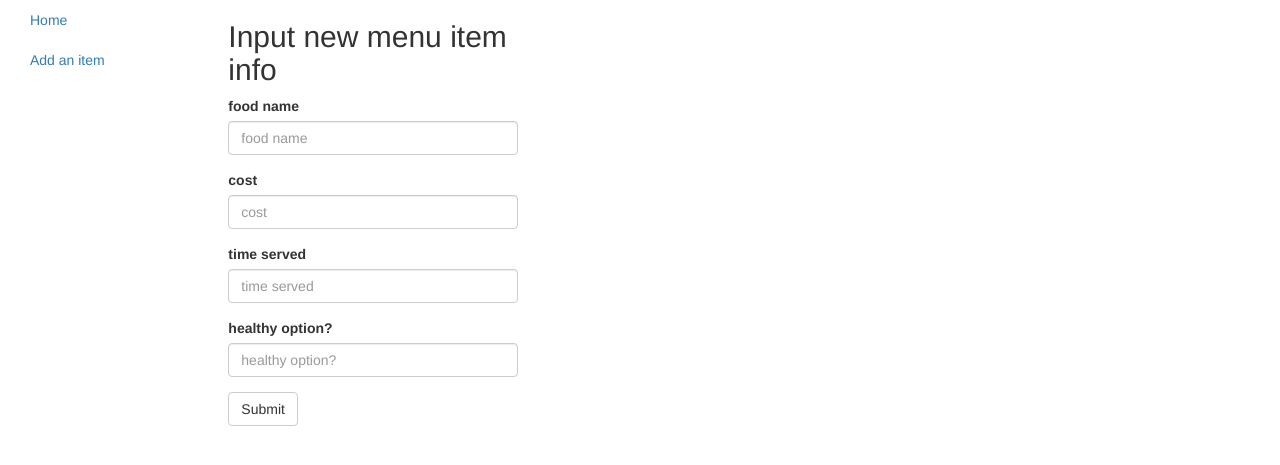
Repository: johnsuchocki/week5proj
Page: menuDB/src/main/webapp/add.html
These files come from the project's save history. The page is drawn as it stood at one moment and after the next save; the edit follows.
The browser window is 1280 px wide. The pictures show the whole page.

Above is the page before, as saved 2016-09-01 19:48:51.

After the next save:
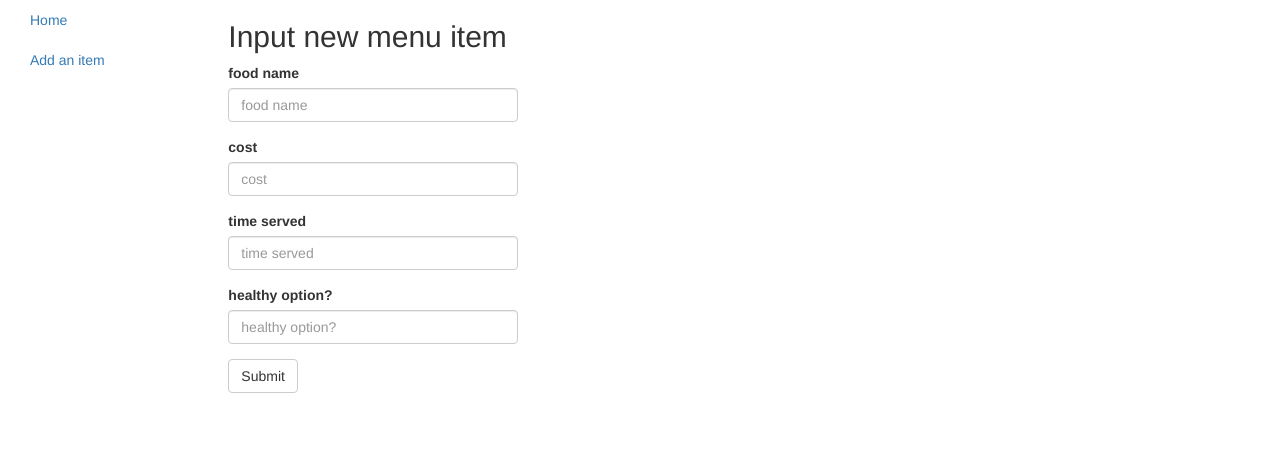
Saved 86 s later.
--- a/menuDB/src/main/webapp/add.html
+++ b/menuDB/src/main/webapp/add.html
@@ -30,7 +30,7 @@
 
 			<!-- main content -->
 			<div class="col-sm-3">
-				<h2>Input new menu item info</h2>
+				<h2>Input new menu item</h2>
 				<form class="form-group" action="AddToDBServ" method="post">
 					<div class="form-group">
 						<label for="foodname">food name</label> <input type="text"
